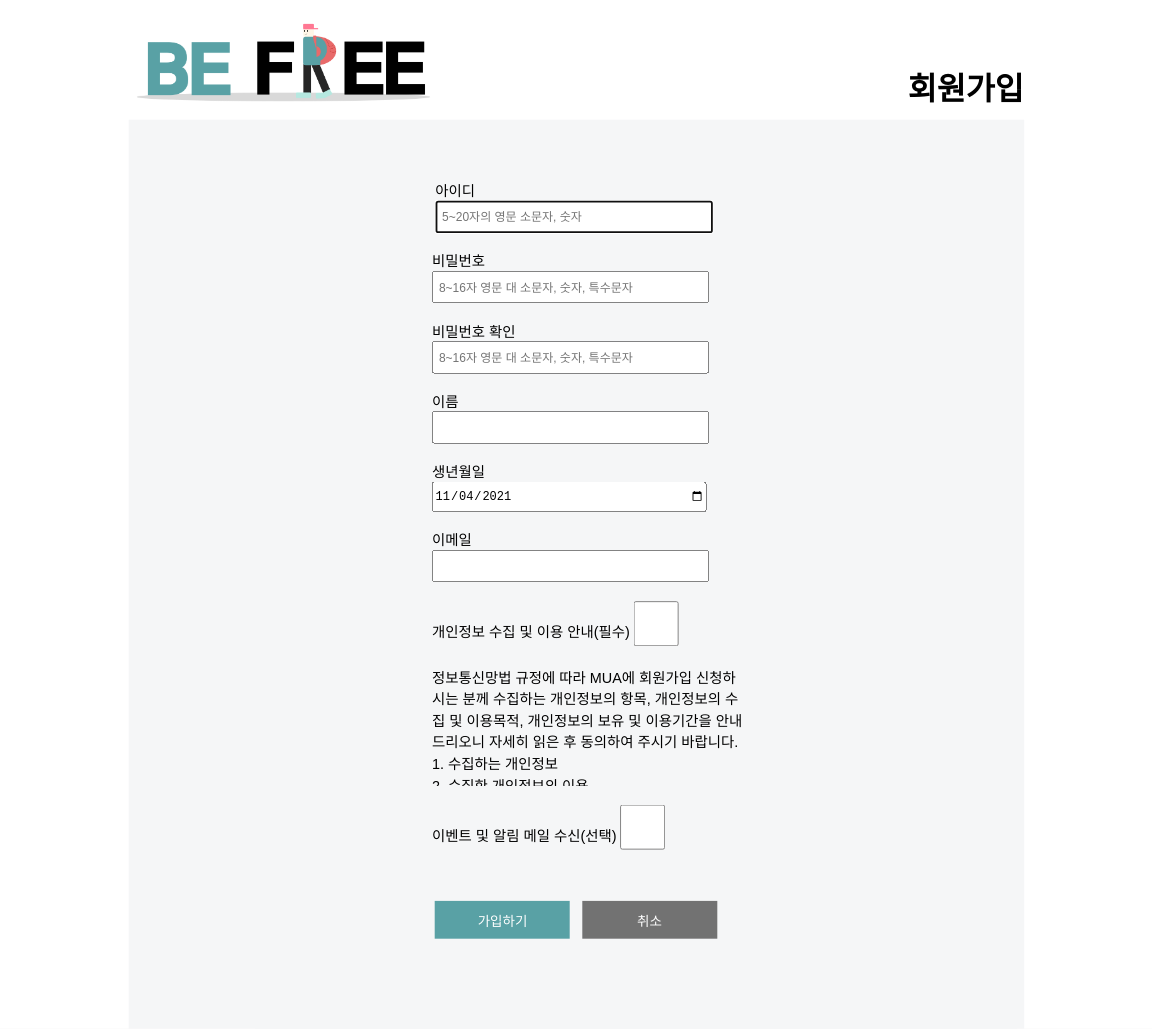
Repository: 1912087/Klavier_Piano
Page: http://localhost/notice/join.jsp
An editor plug-in stored every save of this project. The page is shown before and after the next save, followed by the edit.
The browser window is 1280 px wide. The pictures show the whole page, at 90% of full size.
Some web fonts or font styles are not loaded; a fallback is used. The page is served by Tomcat 9.

Above is the page before, as saved 2021-11-08 18:26:36.

After the next save:
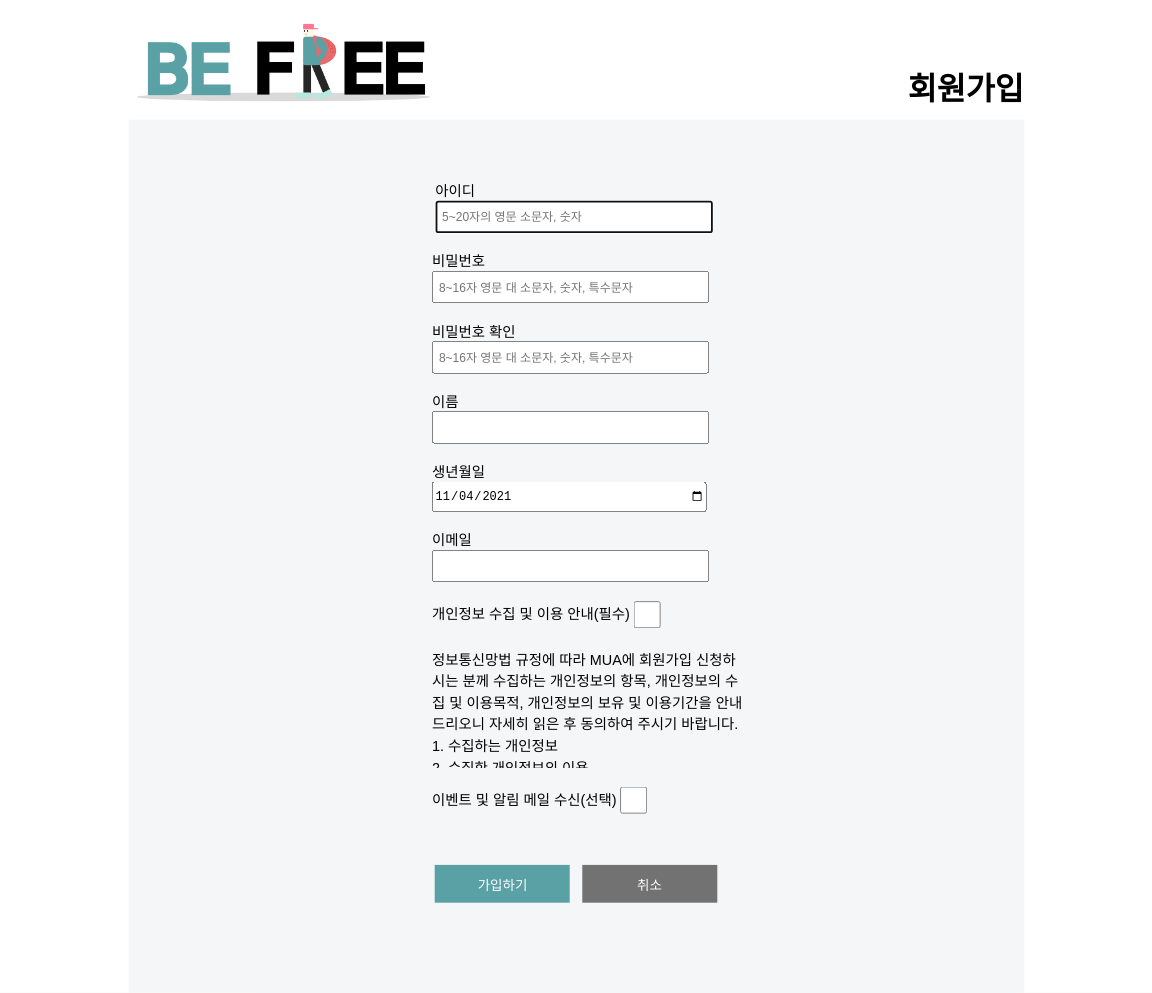
Saved 17 s later.
--- a/Notice/notice/WebContent/join.jsp
+++ b/Notice/notice/WebContent/join.jsp
@@ -71,7 +71,7 @@
                 border: none;
             }
             .btn2 a{color: white; font-family: 'Gowun Dodum', sans-serif; font-size: 15px;}
-            .checking{height: 50px; width:50px;}
+            .checking{height: 30px; width:30px;}
         </style>
     </head>
     <body>
